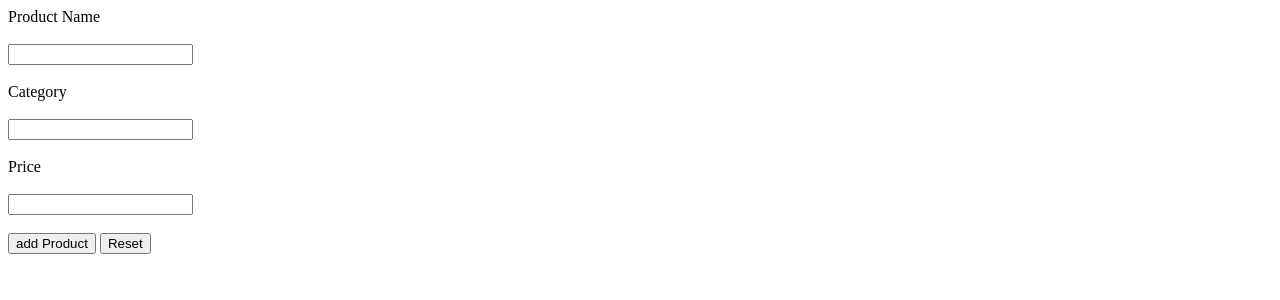
Repository: patramanik/java_ORM_Hibernate
Page: http://localhost/HD19/addproduct.jsp
These files come from the project's save history. The page is drawn as it stood at one moment and after the next save; the edit follows.
The browser window is 1280 px wide. The pictures show the whole page.
The page is served by Tomcat 9. Nobody is signed in. The application's start-up code is not run. Other server files are loaded and not shown.

Above is the page before, as saved 2025-04-09 18:40:40.

### HD19/src/main/webapp/addproduct.jsp
<%@ page language="java" contentType="text/html; charset=UTF-8"
    pageEncoding="UTF-8"%>
<!DOCTYPE html>
<html>
<head>
<meta charset="UTF-8">
<title>Insert title here</title>
</head>
<body>

	<div>
	<form action="AddProduct" method="post">
	  <label>Product Name</label><br><br>
	  <input type="text" name="name"><br><br>
	  <label>Category</label><br><br>
	  <input type="text" name="category"><br><br>
	  <label>Price</label><br><br>
	  <input type="text" name="price"><br><br>
	  <input type="submit" value="add Product">
	  <input type="reset">
	</form>
	</div>

</body>
</html>

After the next save:
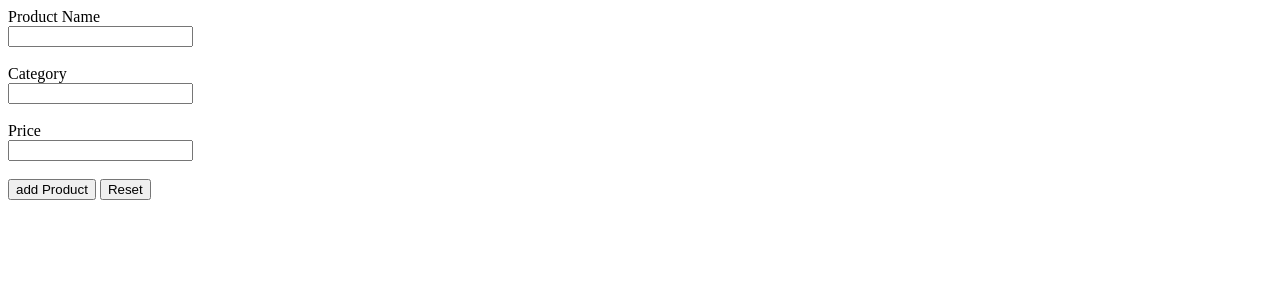
Saved 21 s later.
--- a/HD19/src/main/webapp/addproduct.jsp
+++ b/HD19/src/main/webapp/addproduct.jsp
@@ -10,11 +10,11 @@
 
 	<div>
 	<form action="AddProduct" method="post">
-	  <label>Product Name</label><br><br>
+	  <label>Product Name</label><br>
 	  <input type="text" name="name"><br><br>
-	  <label>Category</label><br><br>
+	  <label>Category</label><br>
 	  <input type="text" name="category"><br><br>
-	  <label>Price</label><br><br>
+	  <label>Price</label><br>
 	  <input type="text" name="price"><br><br>
 	  <input type="submit" value="add Product">
 	  <input type="reset">
